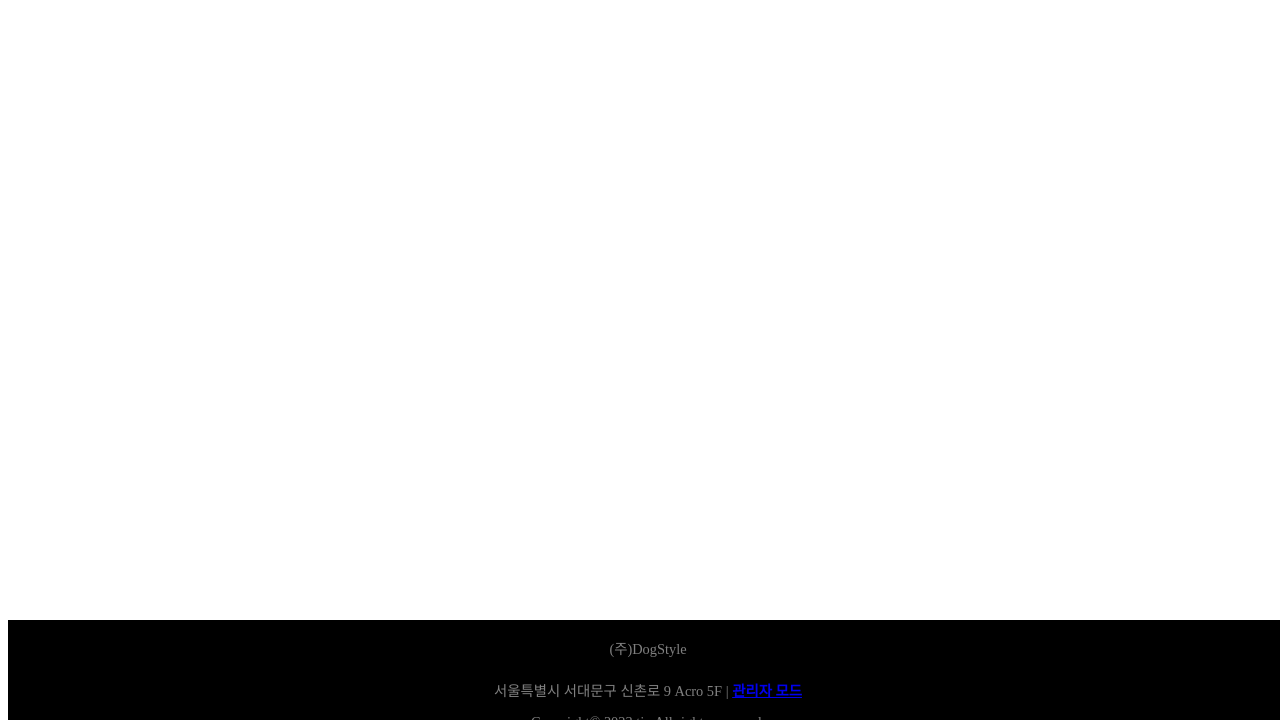
Repository: kdkk2000/Project
Page: http://localhost/petstyle/main/footer.jsp
The author's editor kept a copy of each file at every save. The page is drawn from the files as they stood at one save, then again after the next save.
The browser window is 1280 px wide. The pictures show the whole page.
The page is served by Tomcat 9.

Above is the page before, as saved 2023-03-28 01:25:27.

After the next save:
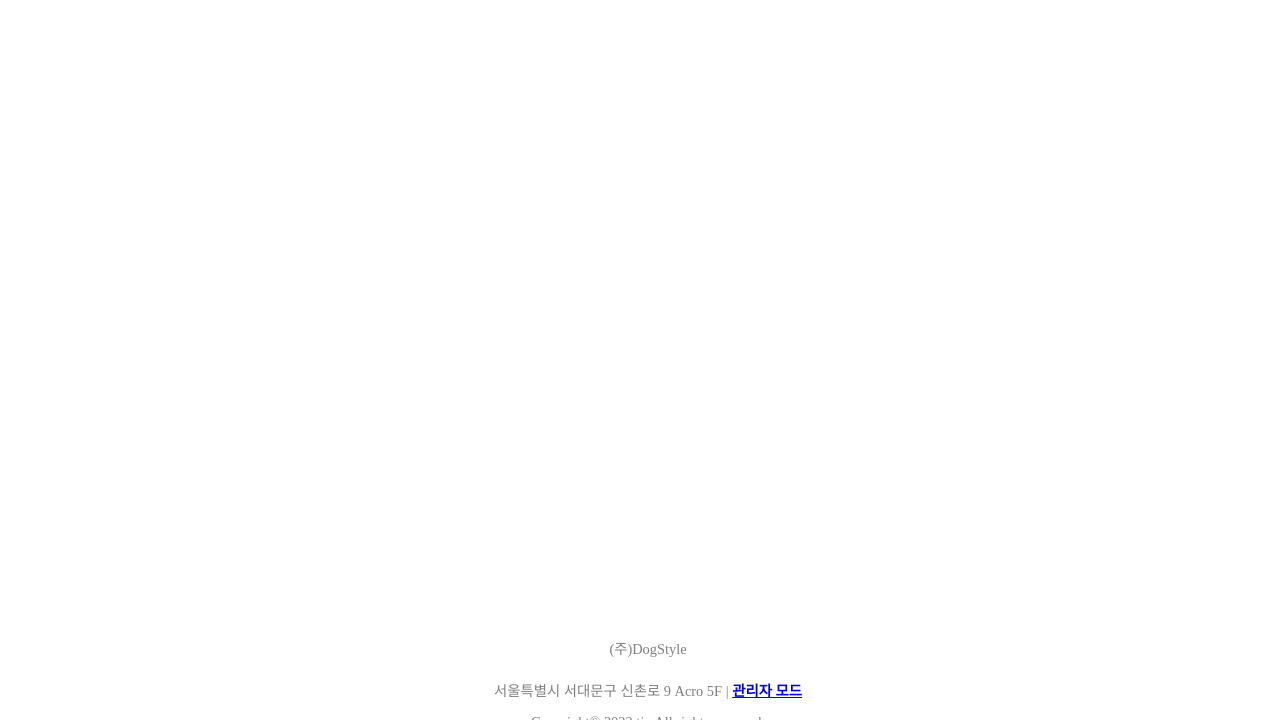
Saved 35 s later.
--- a/petstyle/WebContent/main/footer.jsp
+++ b/petstyle/WebContent/main/footer.jsp
@@ -13,7 +13,7 @@
 		position: fixed;
 		bottom: 0;
 		height: 100px;
-		background-color: black;
+		background-color: darkbrown;
 		width: 100%;
 	}
 

After the save that followed:
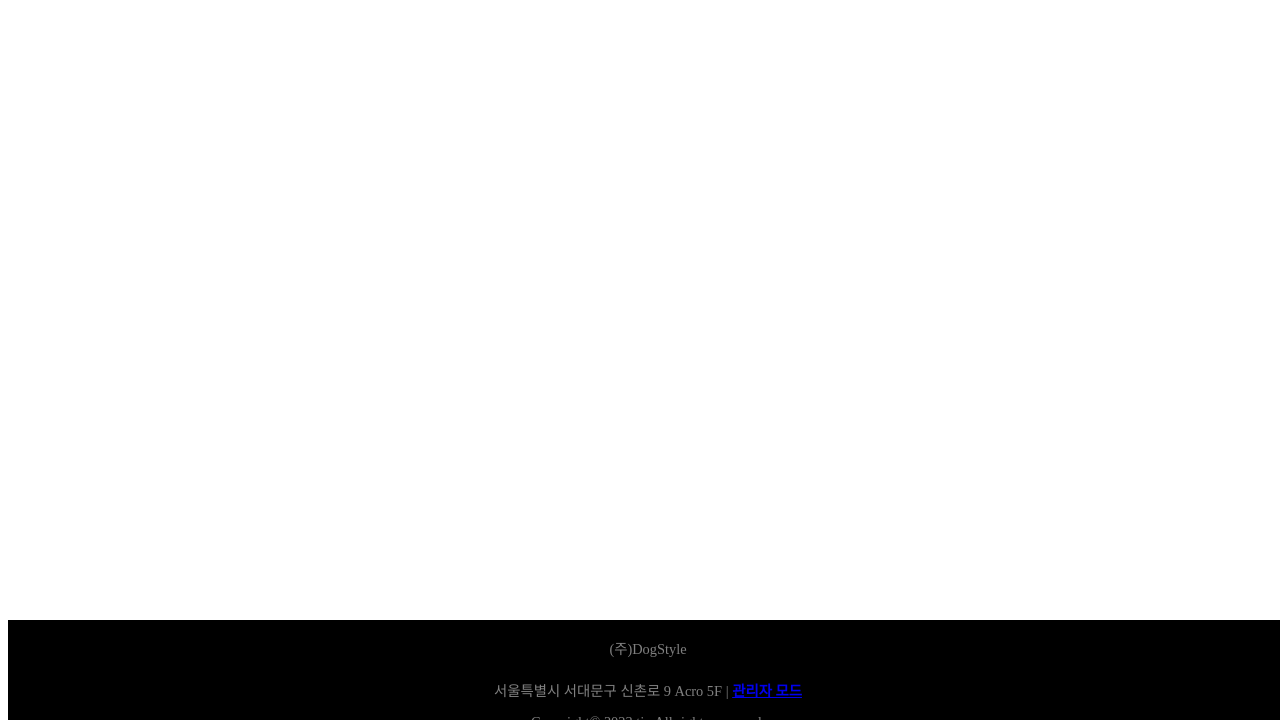
Saved 5 s later.
--- a/petstyle/WebContent/main/footer.jsp
+++ b/petstyle/WebContent/main/footer.jsp
@@ -13,7 +13,7 @@
 		position: fixed;
 		bottom: 0;
 		height: 100px;
-		background-color: darkbrown;
+		background-color: black;
 		width: 100%;
 	}
 
